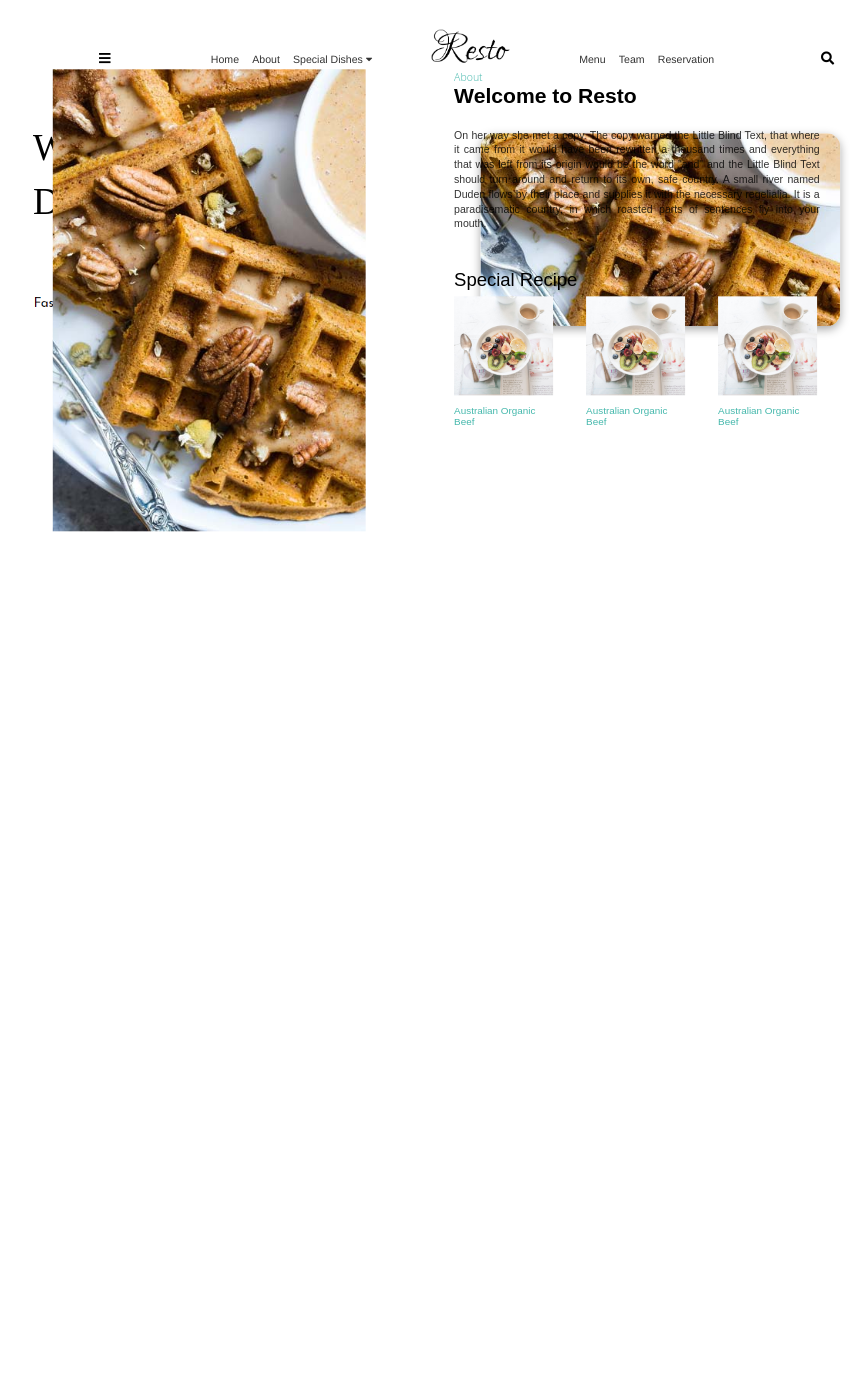
Repository: nguyenanhtuanHDU/myrestaurant
Page: index.html
These files come from the project's save history. The page is drawn as it stood at one moment and after the next save; the edit follows.
The browser window is 1280 px wide. The page is 1288 px wide, so the pictures cover 1288 px, including what lies to the right of the window. The pictures show the whole page, at 66% of full size.

Above is the page before, as saved 2022-02-01 02:14:49.

### index.html
<!DOCTYPE html>
<html lang="en">
<head>
    <meta charset="UTF-8">
    <meta http-equiv="X-UA-Compatible" content="IE=edge">
    <meta name="viewport" content="width=device-width, initial-scale=1.0">
    <link rel="stylesheet" href="./assets/style.css">
    <link rel="stylesheet" href="./assets/icon/fontawesome-free-5.15.4-web/css/all.css">
    <link rel="stylesheet" href="./assets/main.js">
    <link rel="stylesheet" href="./aos/aos.css">
    <title>Resto</title>

</head>
<body>
    <div id="main">
        <div id="header">

            <i class="fas fa-bars" ></i>

            <ul id="nav_1" >
                <li><a href="">Home</a></li>
                <li><a href="">About</a></li>
                <li>
                <a href="">
                    Special Dishes
                    <i class="fas fa-caret-down"></i>
                </a>
                <ul class="subnav_1">
                    <li><a href="">
                        <i class="fas fa-angle-right"></i>
                        Beef Steak Sauce
                    </a></li>
                    <li><a href="">
                        <i class="fas fa-angle-right"></i>
                        Salmon Zucchini
                    </a></li>
                </ul>
                </li>
            </ul>

            <img src="./assets/image/logo.png" alt="" class="img_header" >

            <div id="nav_2">
                <ul>
                    <li><a href="">Menu</a></li>
                    <li><a href="">Team</a></li>
                    <li><a href="">Reservation</a></li>
                </ul>
            </div>

            <i class="fas fa-search"></i>

        </div>

        <div id="introduce">

            <div class="content">
                <h1 class="content_heading1">We Love</h1>
                <h1 class="content_heading2">Delicious Foods!</h1>
                <div class="list_content">
                    <img src="/assets/image/Content/1.png" alt="" class="img_content">
                    <img src="/assets/image/Content/2.png" alt="" class="img_content">
                    <img src="/assets/image/Content/3.png" alt="" class="img_content">

                </div>

                <div class="slider_dish">
                    <img class="img_dish" src="./assets/image/hero-1.jpg" >
                    <img class="img_dish" src="./assets/image/hero-2.jpg" >
                    <img class="img_dish" src="./assets/image/hero-3.jpg" >
                </div>
            </div>



            <div class="about">
                <img src="./assets/image/hero-2.jpg" alt="" class="img_about">
                <div class="about_content">
                    <div class="about_heading">About</div>
                    <div class="about_title">Welcome to Resto </div>
                    <div class="content_para">On her way she met a copy. The copy warned the Little Blind Text, that where it came from it would have been rewritten a thousand times and everything that was left from its origin would be the word "and" and the Little Blind Text should turn around and return to its own, safe country. A small river named Duden flows by their place and supplies it with the necessary regelialia. It is a paradisematic country, in which roasted parts of sentences fly into your mouth.

                    </div>

                    <div class="about_dish">
                        <div class="dish_title">Special Recipe </div>
                        <div class="list_dish">
                            <div class="dish_items">
                                <img src="./assets/image/hero-1.jpg" alt="" class="dish_img">
                                <div class="dish_name">Australian Organic Beef</div>
                            </div>
                            <div class="dish_items">
                                <img src="./assets/image/hero-1.jpg" alt="" class="dish_img">
                                <div class="dish_name">Australian Organic Beef</div>
                            </div>
                            <div class="dish_items">
                                <img src="./assets/image/hero-1.jpg" alt="" class="dish_img">
                                <div class="dish_name">Australian Organic Beef</div>
                            </div>

                        </div>
                    </div>
                </div>
            </div>
        </div>

        <div id="special">

        </div>

        <div id="menu">

        </div>

        <div id="team">

        </div>

        <div id="book">

        </div>

        <div id="footer">

        </div>
    </div>


    <script src="./assets/main.js">

    </script>
    <script src="./aos/aos.js">
        AOS.init();

    </script>


</body>
</html>

### assets/style.css
*{
    margin: 0;
    padding: 0;
    box-sizing: border-box;
}

#header{

    margin-top: 45px;
    margin-left: 150px;
}
#header .fa-bars:hover{
    color: #45b8ac;
    cursor: pointer;
    transform: rotate(360deg);
    transition: .6s ease;
}
#header .fa-bars{
    display: inline-block;
    margin-right: 140px;
    font-size: 20px;
}
#header .fa-search{
    font-size: 20px;
    margin-left: 150px;
}
#header .fa-search:hover{
    color: #45b8ac;
    cursor: pointer;
    font-size: 30px;
    transition: 0.4s ease;
}
#nav_1{
    display: inline-block;

}
#nav_1 > li {
    display: inline-block;
    position: relative;
}
#nav > li:hover{
    display: block;
}

#nav_1 > li > a {
    position: relative;
    font-family: Helvetica, Arial, sans-serif;
    opacity: 0.8;
    display: block;
    color: black;
    text-decoration: none;
    padding: 6px 8px;
}
#nav_1 > li > a:before {
    content: '';
    position: absolute;
    bottom: 0;
    left: 0;
    background-color: #45b8ac;
    height: 3px;
    width: 0%;
    transition: 0.6s ease ;
}
#nav_1 > li > a:hover:before {
    width: 100%;
}
#nav_1 li:hover .subnav_1{
    display: block;
    animation: subnav-1 1s ease ;
}
@keyframes subnav-1{
    0%{
        opacity: 0;
        left: 100px;
    }
    50%{
        left: -20px;
    }
    100%{
        left: 0;
    }

}
.subnav_1{
    position: absolute;
    top: 30px;
    opacity: 1;
    width: 162px;
    display: none;
    z-index: 2;
    overflow: hidden;
    border-top-right-radius: 19px;
    border-bottom-right-radius: 19px;
    box-shadow: rgba(0, 0, 0, 0.35) 0px 5px 15px;
}
.subnav_1 li{
    display: block;
}
.subnav_1 li a:hover{
    background-color: #45b8ac;
    color: white;
}
.subnav_1 li a{
    position: relative;
    font-family: Helvetica, Arial, sans-serif;
    opacity: 0.8;
    color: black;
    text-decoration: none;
    padding: 6px 8px;
    display: block;
}
.subnav_1 li a:before{
    content: '';
    position: absolute;
    top: 0;
    left: 0;
    background-color: #45b8ac;
    height: 100%;
    width: 0%;
    z-index: -1;
}
.subnav_1 li a:hover:before{
    color: white;
}



.img_header{
    width: 117.25px;
    height: 50px;
    margin-left: 78px;
    margin-right: 94px;
}
#nav_2{
    display: inline-block;
}
#nav_2 li {
    display: inline-block;
}

#nav_2 li a {
    position: relative;
    text-decoration: none;
    color: black;
    font-family: Helvetica, Arial, sans-serif;
    opacity: 0.8;
    padding: 6px 8px;
}
#nav_2 li a:before {
    content: '';
    position: absolute;
    bottom: 0;
    left: 0;
    background-color: #45b8ac;
    height: 3px;
    width: 0%;
    transition: 0.6s ease;
}
#nav_2 li a:hover:before {
    width: 100%;
}
#introduce{
    position: relative;
    height: 2000px;
}
.content{
    position: absolute;
    top: 86px;
    left: 50px;
}
.content_heading1{
    font-size: 3.5rem;
    font-weight: 300;
    line-height: 1.2;
}
.content_heading2{
    font-size: 3.5rem;
    font-weight: 300;
    line-height: 1.2;
    padding-top: 14px;
    padding-bottom: 59px;
}
.slider_dish{

}
.img_dish{
    position: absolute;
    width: 545px;
    height: 292px;
    object-fit: cover;
    top: 11px;
    left: 167%;
    box-shadow: rgba(0, 0, 0, 0.35) 0px 5px 15px;
    border-radius: 20px;
}
.about{
    position: absolute;
    ma
}
.img_about{
    width: 474px;
    height: 700px;
    object-fit: cover;
    margin-left: 80px;
}
.about_content{
    position: absolute;
    top: 0;
    left: 43em;
    width: 100%;
}
.about_heading{
    color: #45b8ac;
    font-family: 'Open Sans',sans-serif;
    font-weight: 300;
}
.about_title{
    font-family: 'Josefin Sans',sans-serif;
    font-weight: 700;
    font-size: 32px;
    margin-bottom: 30px;
}
.content_para{
    font-family: 'Josefin Sans',sans-serif;
    text-align: justify;
    opacity: 0.8;
    line-height: 1.4;
    margin-bottom: 58px;
}
.about_dish{
    position: absolute;
}
.list_dish{
    display: flex;
}
.dish_items{
    margin-right: 50px;
}
.dish_title{
    font-family: 'Josefin Sans',sans-serif;
    font-weight: 400;
    font-size: 28px;
    margin-bottom: 8px;
}
.dish_img{
    width: 150px;
    height: 150px;
}
.dish_name{
    font-family: 'Josefin Sans',sans-serif;
    font-weight: 400;
    margin-top: 10px;
    font-size: 15px;
    color: #45b8ac;

}

### assets/main.js

var myIndex = 0;
        carousel();

        function carousel() {
          var i;
          var x = document.getElementsByClassName("img_dish");
          for (i = 0; i < x.length; i++) {
            x[i].style.display = "none";
          }
          myIndex++;
          if (myIndex > x.length) {myIndex = 1}
          x[myIndex-1].style.display = "block";
          setTimeout(carousel, 3000);
        }

Loaded but not shown: assets/icon/fontawesome-free-5.15.4-web/css/all.css (library); aos/aos.css (library); aos/aos.js (library)

After the next save:
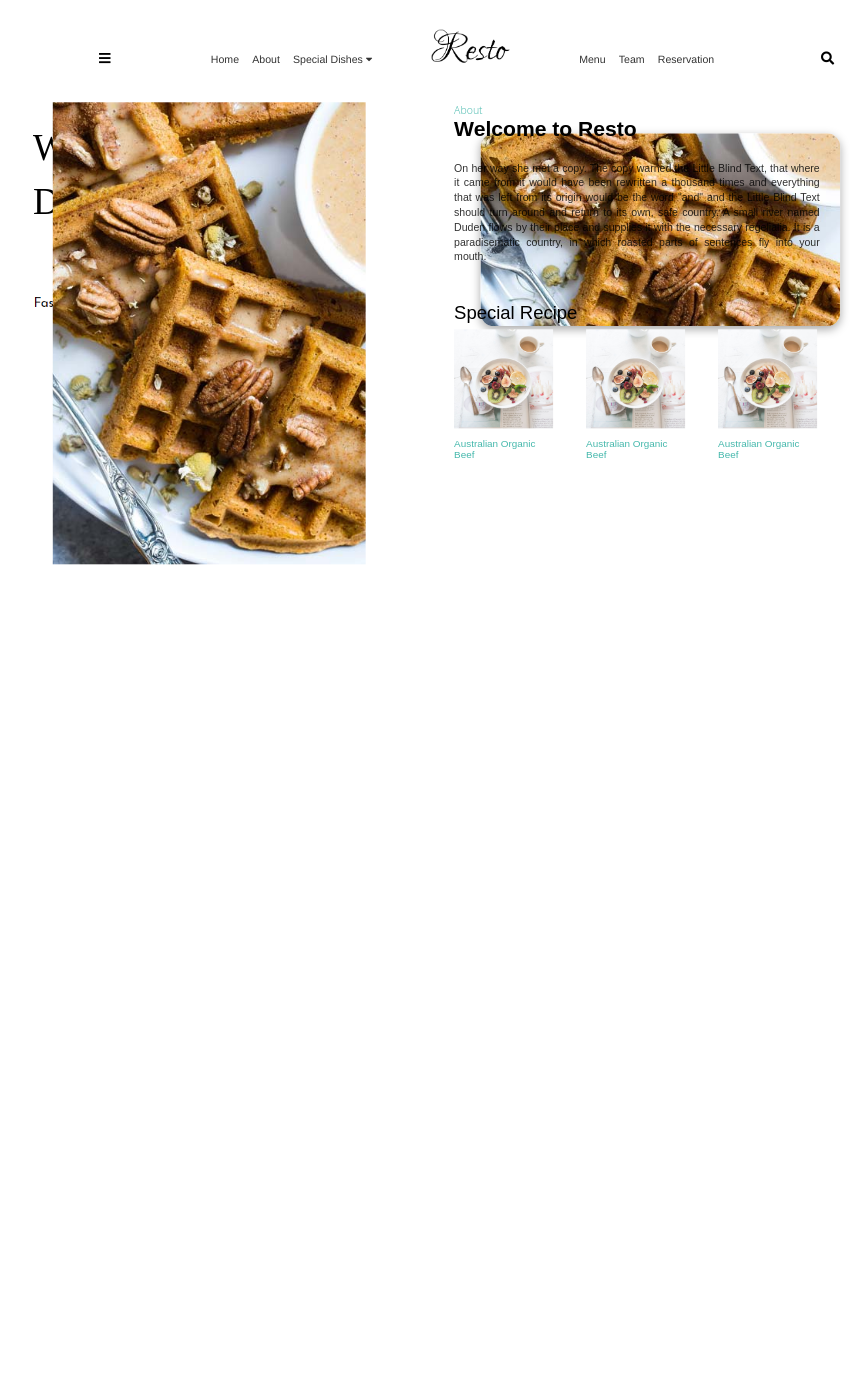
Saved 4 s later.
--- a/assets/style.css
+++ b/assets/style.css
@@ -195,7 +195,7 @@
 }
 .about{
     position: absolute;
-    ma
+    margin-top: 50px;
 }
 .img_about{
     width: 474px;
